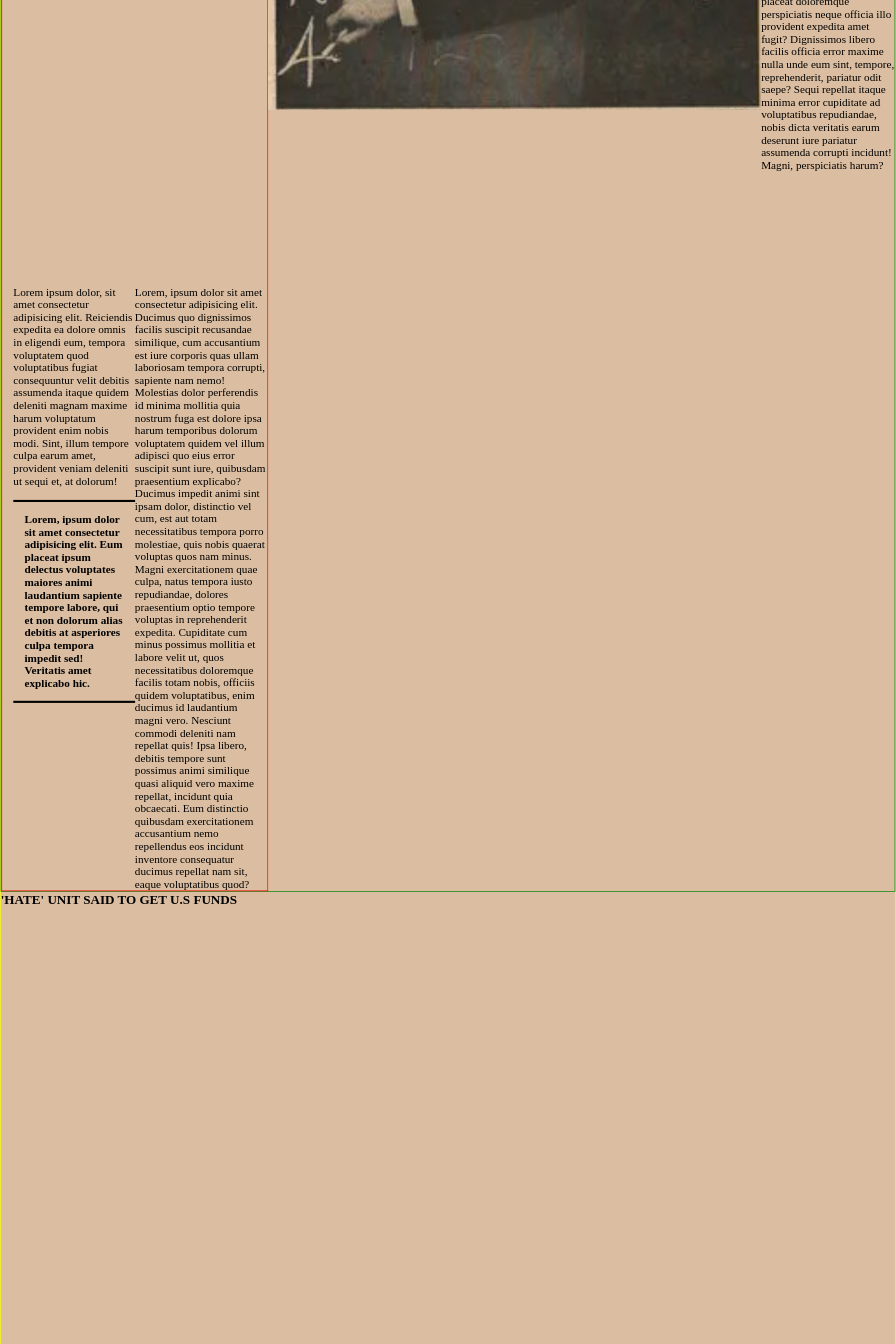
Repository: Arkitecth/newspaper-grid
Page: index.html
These files come from the project's save history. The page is drawn as it stood at one moment and after the next save; the edit follows.
The browser window is 1280 px wide. The pictures show the part of the page from y = 893 to 2813 px (the page is 5632 px tall before and 4672 px after), at 70% of full size.

Above is the page before, as saved 2023-05-29 19:12:23.

After the next save:
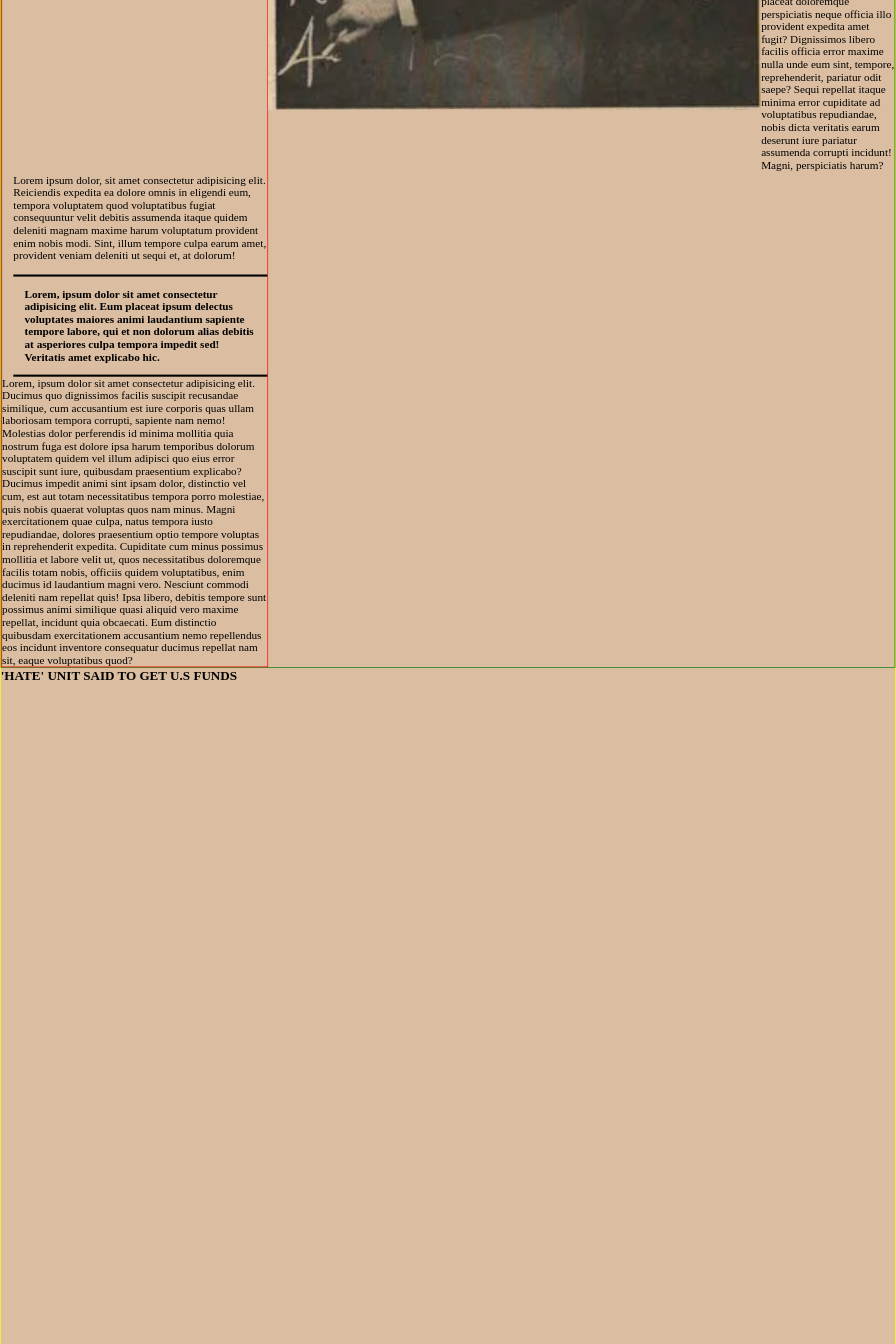
Saved 43 s later.
--- a/index.html
+++ b/index.html
@@ -28,7 +28,7 @@
             <div class="first-row">
                 <div class="sub-grid">
                     <h3>Lindsay Prods Banks: Aid Stores in Slums</h3>
-                    <div class="second-row">
+                    <div class="sub-row">
                         <div class="left">
                             <p>Lorem ipsum dolor, sit amet consectetur adipisicing elit. Reiciendis expedita ea dolore omnis in eligendi eum, tempora voluptatem quod voluptatibus fugiat consequuntur velit debitis assumenda itaque quidem deleniti magnam maxime harum voluptatum provident enim nobis modi. Sint, illum tempore culpa earum amet, provident veniam deleniti ut sequi et, at dolorum!</p>
                             <br>
